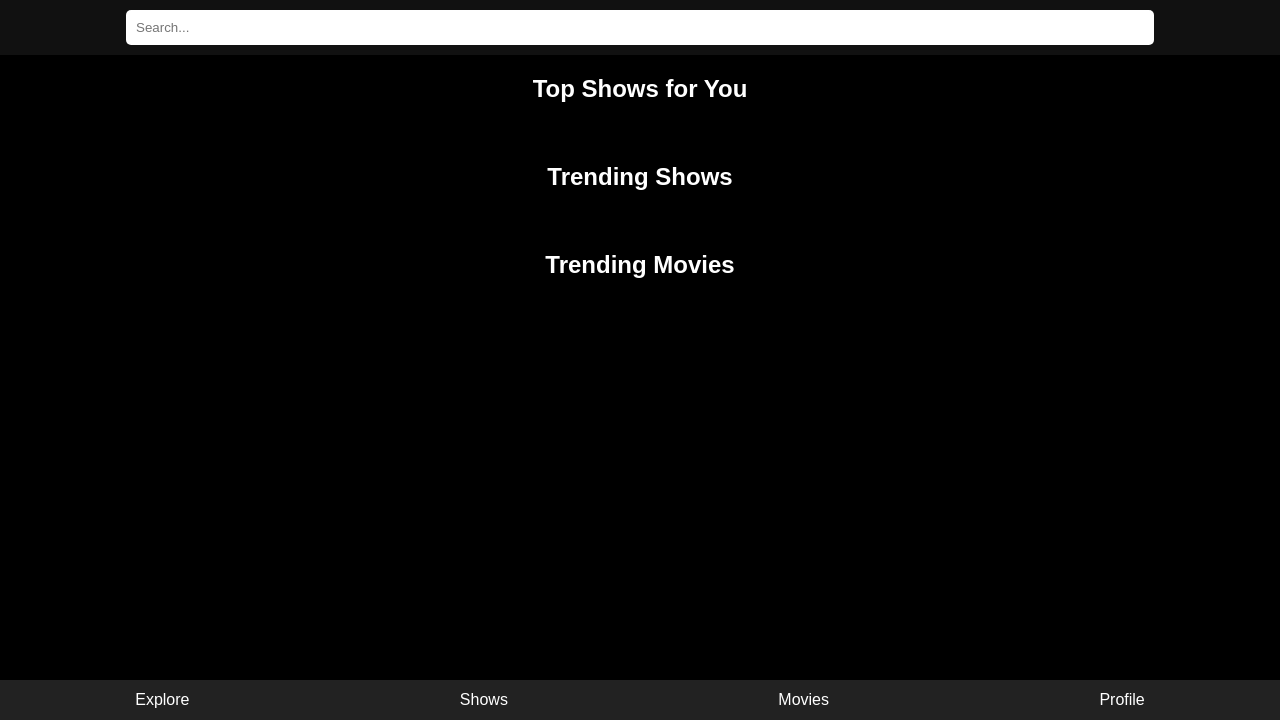
Repository: carson-jenkins-5/tracktv
Page: tracktv/frontend/index.html
These files come from the project's save history. The page is drawn as it stood at one moment and after the next save; the edit follows.
The browser window is 1280 px wide. The pictures show the whole page.

Above is the page before, as saved 2025-03-02 00:01:54.

### tracktv/frontend/index.html
<!DOCTYPE html>
<html lang="en">
<head>
    <meta charset="UTF-8">
    <meta name="viewport" content="width=device-width, initial-scale=1.0">
    <title>TrackTV</title>
    <link rel="stylesheet" href="styles.css">
</head>
<body>

    <!-- Search Bar -->
    <div id="search-container">
        <input type="text" id="search-input" placeholder="Search...">
    </div>

    <!-- Explore Section -->
    <h2>Top Shows for You</h2>
    <div id="top-shows" class="carousel"></div>

    <h2>Trending Shows</h2>
    <div id="trending-shows" class="carousel"></div>

    <h2>Trending Movies</h2>
    <div id="trending-movies" class="carousel"></div>

    <!-- Navigation Bar -->
    <div id="navbar">
        <button data-page="explore">Explore</button>
        <button data-page="shows">Shows</button>
        <button data-page="movies">Movies</button>
        <button data-page="profile">Profile</button>
    </div>

    <script src="api.js"></script>
    <script src="script.js"></script>
</body>
</html>

### tracktv/frontend/styles.css
body {
    font-family: Arial, sans-serif;
    background-color: black;
    color: white;
    margin: 0;
    padding: 0;
    text-align: center;
}

/* Search Bar */
#search-container {
    padding: 10px;
    background-color: #111;
}

#search-input {
    width: 80%;
    padding: 10px;
    border: none;
    border-radius: 5px;
}

/* Carousels */
.carousel {
    display: flex;
    overflow-x: auto;
    gap: 10px;
    padding: 10px;
}

/* Navbar */
#navbar {
    position: fixed;
    bottom: 0;
    width: 100%;
    background-color: #222;
    display: flex;
    justify-content: space-around;
    padding: 10px 0;
}

#navbar button {
    background: none;
    border: none;
    color: white;
    font-size: 16px;
    cursor: pointer;
}

### tracktv/frontend/api.js
const API_KEY = "68d6cd9baadb236523ec6497d0e352a5";
const BASE_URL = "https://api.themoviedb.org/3";

// Fetch trending TV shows
async function fetchTrendingShows() {
    const response = await fetch(`${BASE_URL}/tv/popular?api_key=${API_KEY}`);
    const data = await response.json();
    return data.results;
}

// Fetch trending movies
async function fetchTrendingMovies() {
    const response = await fetch(`${BASE_URL}/movie/popular?api_key=${API_KEY}`);
    const data = await response.json();
    return data.results;
}

// Search movies/shows
async function searchMovies(query) {
    const response = await fetch(`${BASE_URL}/search/multi?api_key=${API_KEY}&query=${query}`);
    const data = await response.json();
    return data.results;
}

### tracktv/frontend/script.js
document.addEventListener("DOMContentLoaded", async function () {
  const searchInput = document.getElementById("search-input");
  const searchResultsContainer = document.createElement("div");
  searchResultsContainer.id = "search-results";
  searchInput.parentNode.appendChild(searchResultsContainer);

  async function handleSearch(query) {
      if (query.length < 3) {
          searchResultsContainer.innerHTML = ""; // Clear results if query is too short
          return;
      }

      const results = await searchMovies(query);

      searchResultsContainer.innerHTML = ""; // Clear previous results

      if (results.length === 0) {
          searchResultsContainer.innerHTML = "<p>No results found.</p>";
          return;
      }

      results.slice(0, 5).forEach(item => { // Limit to 5 results
          const resultItem = document.createElement("div");
          resultItem.classList.add("search-item");

          const img = document.createElement("img");
          img.src = item.poster_path
              ? `https://image.tmdb.org/t/p/w200${item.poster_path}`
              : "https://via.placeholder.com/100x150";
          img.alt = item.name || item.title;

          const info = document.createElement("div");
          info.classList.add("search-info");

          const title = document.createElement("p");
          title.classList.add("search-title");
          title.innerText = item.name || item.title;

          info.appendChild(title);
          resultItem.appendChild(img);
          resultItem.appendChild(info);
          searchResultsContainer.appendChild(resultItem);
      });
  }

  searchInput.addEventListener("input", (e) => {
      handleSearch(e.target.value);
  });
});

After the next save:
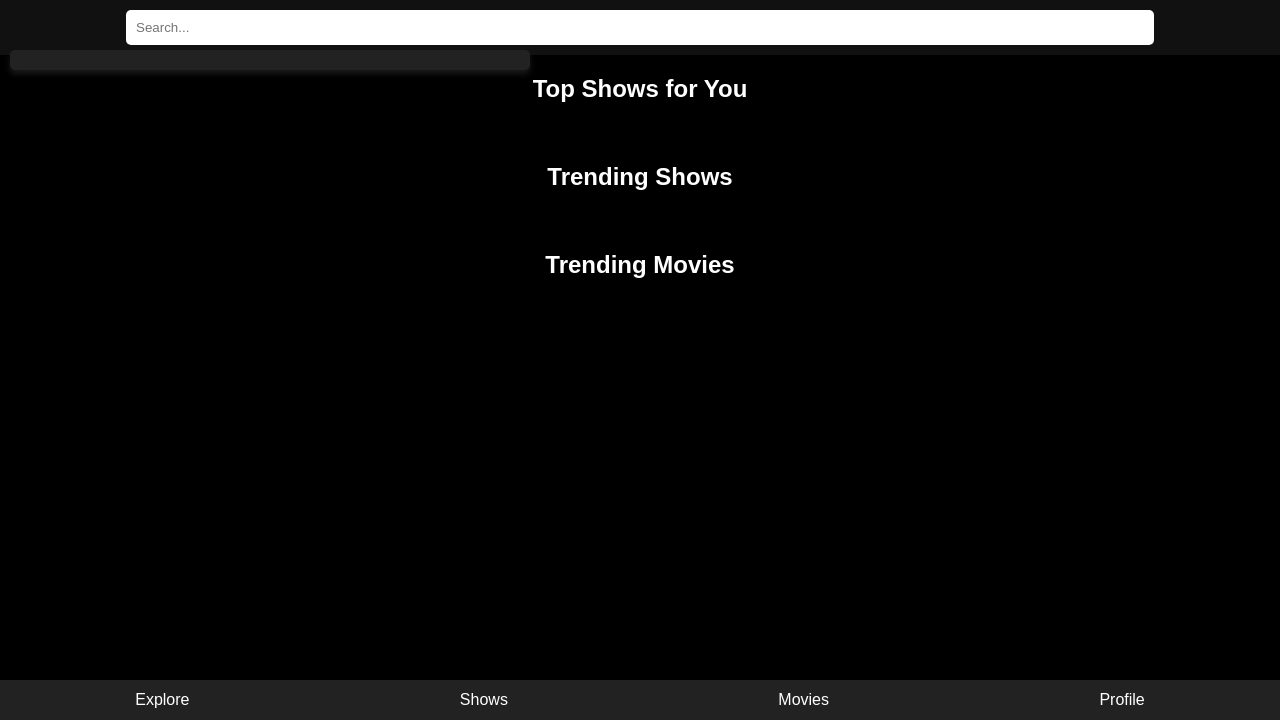
Saved 66 s later.
--- a/tracktv/frontend/styles.css
+++ b/tracktv/frontend/styles.css
@@ -46,3 +46,39 @@ body {
     font-size: 16px;
     cursor: pointer;
 }
+
+#search-results {
+    position: absolute;
+    background: #222;
+    width: 80%;
+    max-width: 500px;
+    padding: 10px;
+    border-radius: 5px;
+    box-shadow: 0px 4px 6px rgba(255, 255, 255, 0.1);
+    overflow-y: auto;
+    max-height: 300px;
+    margin-top: 5px;
+}
+
+.search-item {
+    display: flex;
+    align-items: center;
+    padding: 8px;
+    border-bottom: 1px solid rgba(255, 255, 255, 0.2);
+}
+
+.search-item:last-child {
+    border-bottom: none;
+}
+
+.search-item img {
+    width: 50px;
+    height: 75px;
+    border-radius: 5px;
+    margin-right: 10px;
+}
+
+.search-info {
+    color: white;
+    font-size: 16px;
+}

After the save that followed:
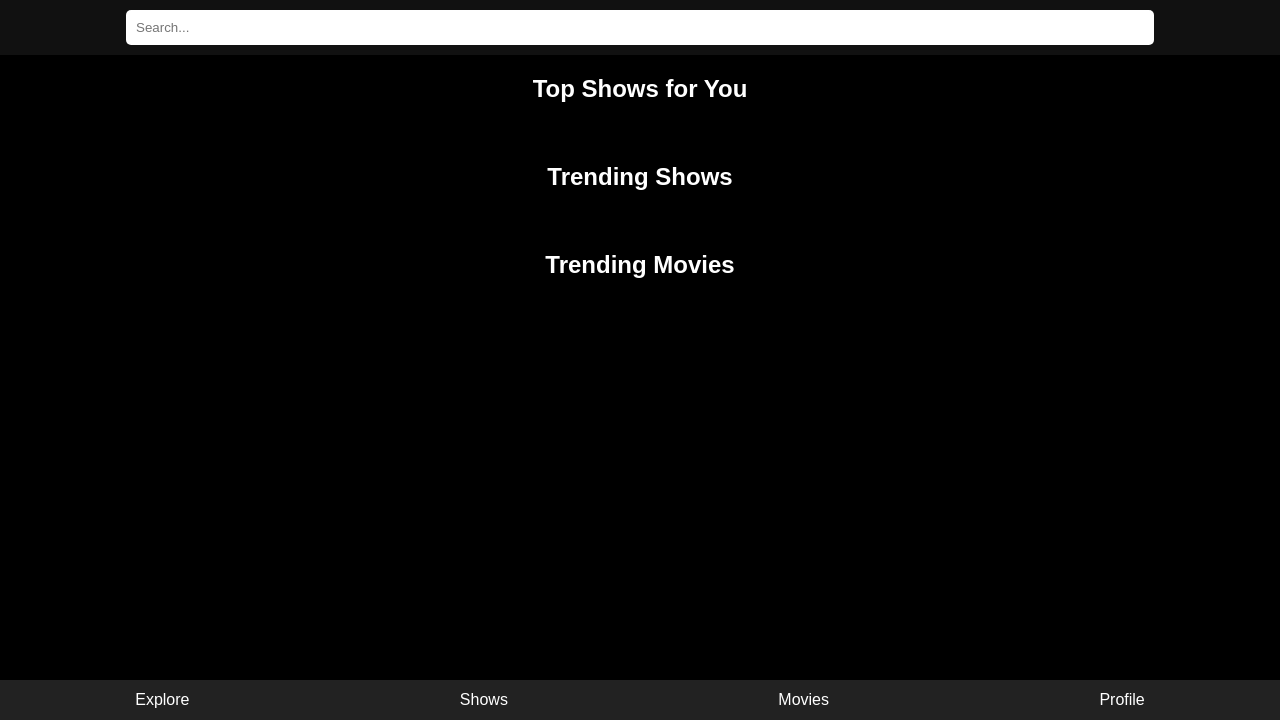
Saved 17 s later.
--- a/tracktv/frontend/styles.css
+++ b/tracktv/frontend/styles.css
@@ -46,39 +46,3 @@ body {
     font-size: 16px;
     cursor: pointer;
 }
-
-#search-results {
-    position: absolute;
-    background: #222;
-    width: 80%;
-    max-width: 500px;
-    padding: 10px;
-    border-radius: 5px;
-    box-shadow: 0px 4px 6px rgba(255, 255, 255, 0.1);
-    overflow-y: auto;
-    max-height: 300px;
-    margin-top: 5px;
-}
-
-.search-item {
-    display: flex;
-    align-items: center;
-    padding: 8px;
-    border-bottom: 1px solid rgba(255, 255, 255, 0.2);
-}
-
-.search-item:last-child {
-    border-bottom: none;
-}
-
-.search-item img {
-    width: 50px;
-    height: 75px;
-    border-radius: 5px;
-    margin-right: 10px;
-}
-
-.search-info {
-    color: white;
-    font-size: 16px;
-}
